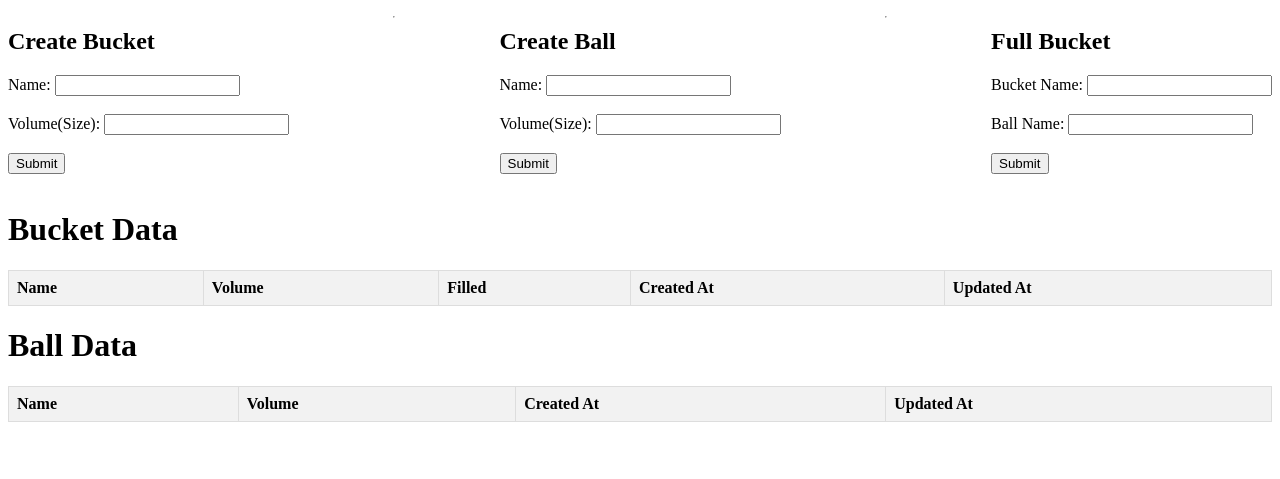
Repository: RajatPalankar8/nodejs_bucket_ball_task_new
Page: http://localhost/
The author's editor kept a copy of each file at every save. The page is drawn from the files as they stood at one save, then again after the next save.
The browser window is 1280 px wide. The pictures show the whole page.
The page is served by the project's Node server (index.js). Other server files are loaded and not shown. Queries for data that is not in the repository find no rows.

Above is the page before, as saved 2023-07-28 11:13:40.

### views/index.ejs
<!DOCTYPE html>
<html>

<head>
  <style>
    table {
      border-collapse: collapse;
      width: 100%;
    }

    th,
    td {
      border: 1px solid #ddd;
      padding: 8px;
      text-align: left;
    }

    th {
      background-color: #f2f2f2;
    }
  </style>
  <title>Bucket Ball App</title>
</head>

<body>
  <div style="display: flex; align-items: flex-start;">


    <form id="form1">
      <h2>Create Bucket</h2>
      <label for="name1">Name:</label>
      <input type="text" id="name" name="name" required><br><br>
      <label for="email1">Volume(Size):</label>
      <input type="text" id="vol" name="vol" required><br><br>
      <input type="submit" value="Submit">
      <p id="form1-response"></p>
    </form>
    <hr>
    <form id="form2">
      <h2>Create Ball</h2>
      <label for="name1">Name:</label>
      <input type="text" id="name" name="name" required><br><br>
      <label for="vol">Volume(Size):</label>
      <input type="text" id="vol" name="vol" required><br><br>
      <input type="submit" value="Submit">
      <p id="form2-response"></p>
    </form>
    <hr>
    <form id="form3">
      <h2>Full Bucket</h2>
      <label for="name3">Bucket Name:</label>
      <input type="text" id="bucketName" name="bucketName" required><br><br>
      <label for="vol">Ball Name:</label>
      <input type="text" id="ballName" name="ballName" required><br><br>
      <input type="submit" value="Submit">
      <p id="form3-response"></p>
    </form>
  </div>
  <h1>Bucket Data</h1>
  <table>
    <thead>
      <tr>
        <th>Name</th>
        <th>Volume</th>
        <th>Filled</th>
        <th>Created At</th>
        <th>Updated At</th>
      </tr>
    </thead>
    <tbody>
      <% buckets.forEach(bucket=> { %>
        <tr>
          <td>
            <%= bucket.name %>
          </td>
          <td>
            <%= bucket.vol %>
          </td>
          <td>
            <%= bucket.filled.join(', ') %></td>
          <td><%= bucket.createdAt.toLocaleString() %></td>
          <td><%= bucket.updatedAt.toLocaleString() %></td>
        </tr>
      <% }); %>
    </tbody>
  </table>

  <h1>Ball Data</h1>
  <table>
    <thead>
      <tr>
        <th>Name</th>
        <th>Volume</th>
        <th>Created At</th>
        <th>Updated At</th>
      </tr>
    </thead>
    <tbody>
      <% balls.forEach(ball => { %>
        <tr>
          <td><%= ball.name %></td>
          <td><%= ball.vol %></td>
          <td><%= ball.createdAt.toLocaleString() %></td>
          <td><%= ball.updatedAt.toLocaleString() %></td>
        </tr>
      <% }); %>
    </tbody>
  </table>

  <script src="https://cdn.jsdelivr.net/npm/axios/dist/axios.min.js"></script>
  <script>
    // Function to handle form submission
    function createBucketEvent(event) {
      event.preventDefault(); // Prevent the default form submission

      // Get the form data
      const form = event.target;
      const formData = new FormData(form);

      // Convert form data to JSON object
      const jsonData = {};
      formData.forEach((value, key) => {
        jsonData[key] = value;
      });

      // Make a POST request to the backend API
      axios.post(' http://localhost:3000/createBucket', jsonData).then(response => {
        // Handle the API response
        const formId = form.id;
        const responseElement = document.getElementById(`${formId}-response`);
        responseElement.textContent = response.data.message;

        setTimeout(() => {
          location.reload();
        }, 1000);
      })
        .catch(error => {
          console.error(error); // Handle any errors
        });
    }

    function createBallEvent(event) {
      event.preventDefault(); // Prevent the default form submission

      // Get the form data
      const form = event.target;
      const formData = new FormData(form);

      // Convert form data to JSON object
      const jsonData = {};
      formData.forEach((value, key) => {
        jsonData[key] = value;
      });

      // Make a POST request to the backend API
      axios.post('http://localhost:3000/createBall', jsonData)
        .then(response => {
          // Handle the API response
          const formId = form.id;
          const responseElement = document.getElementById(`${formId}-response`);
          responseElement.textContent = response.data.message;
          setTimeout(() => {
            location.reload();
          }, 1000);
        })
        .catch(error => {
          console.error(error); // Handle any errors
        });
    }

    function fillBucketEvent(event) {
      event.preventDefault(); // Prevent the default form submission

      // Get the form data
      const form = event.target;
      const formData = new FormData(form);

      // Convert form data to JSON object
      const jsonData = {};
      formData.forEach((value, key) => {
        jsonData[key] = value;
      });

      // Make a POST request to the backend API
      axios.post('http://localhost:3000/fillBucket', jsonData)
        .then(response => {
          // Handle the API response
          const formId = form.id;
          const responseElement = document.getElementById(`${formId}-response`);
          responseElement.textContent = response.data.message;
          setTimeout(() => {
            location.reload();
          }, 1000);
        })
        .catch(error => {
          console.error(error); // Handle any errors
        });
    }

    // Attach event listeners to the forms
    const form1 = document.getElementById('form1');
    form1.addEventListener('submit', createBucketEvent);

    const form2 = document.getElementById('form2');
    form2.addEventListener('submit', createBallEvent);

    const form3 = document.getElementById('form3');
    form3.addEventListener('submit', fillBucketEvent);
  </script>
</body>

</html>

### index.js
const app = require('./app');
const db = require('./config/db')
const port = 3000;
app.get('/',(req,res)=>{
    res.send('Hello World');
});

app.listen(port,()=>{
    console.log(`Server Listening on Port http://localhost:${port}`);
})

### app.js
const express = require("express");
const bodyParser = require("body-parser");
const bucketRouter = require('./routes/bucket.router');
const BucketModel = require('./model/bucket.model');
const BallModel = require('./model/ball.model');
const path = require("path");
const app = express();

app.use(bodyParser.json())
app.set("view engine", "ejs");
app.set("views", path.join(__dirname, "views"));
app.use(express.static(`${__dirname}/public`));


app.use("/", bucketRouter);

app.use("/", (req, res) => {
  BucketModel.find({})
    .then((buckets) => {
      // Render the HTML template with the fetched data
      BallModel.find({})
        .then((balls) => {
          // Render the HTML template with the fetched data
          res.render('index', { buckets, balls });
        })
        .catch((err) => {
          console.error(err);
          res.status(500).send('Internal Server Error');
        });
    })
    .catch((err) => {
      console.error(err);
      res.status(500).send('Internal Server Error');
    });
});


module.exports = app;

After the next save:
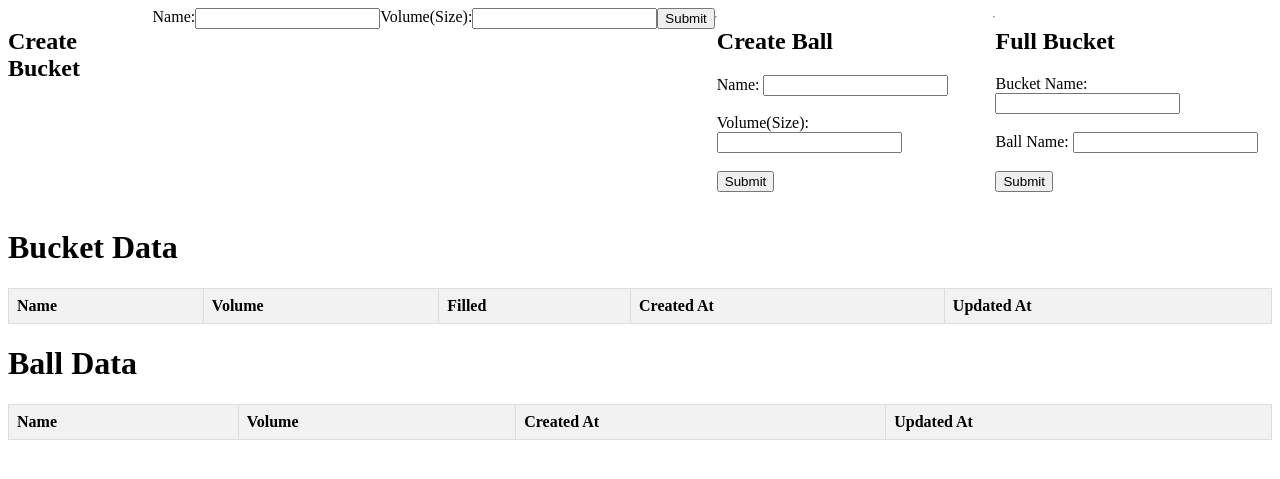
Saved 46 s later.
--- a/views/index.ejs
+++ b/views/index.ejs
@@ -23,7 +23,7 @@
 </head>
 
 <body>
-  <div style="display: flex; align-items: flex-start;">
+  <div style="display: flex; align-items: flex-start;"
 
 
     <form id="form1">

After the 2 saves that followed:
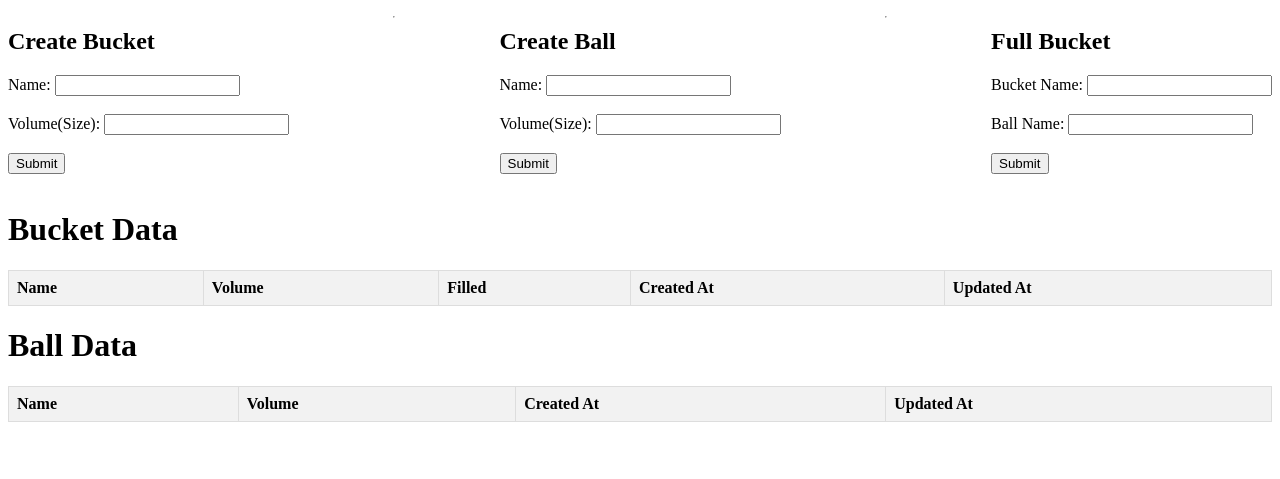
The 2 saves are shown as one change because they came seconds apart.
The last was saved 19 s later.
--- a/views/index.ejs
+++ b/views/index.ejs
@@ -23,7 +23,7 @@
 </head>
 
 <body>
-  <div style="display: flex; align-items: flex-start;"
+  <div style="display: flex; align-items: flex-start;">
 
 
     <form id="form1">
